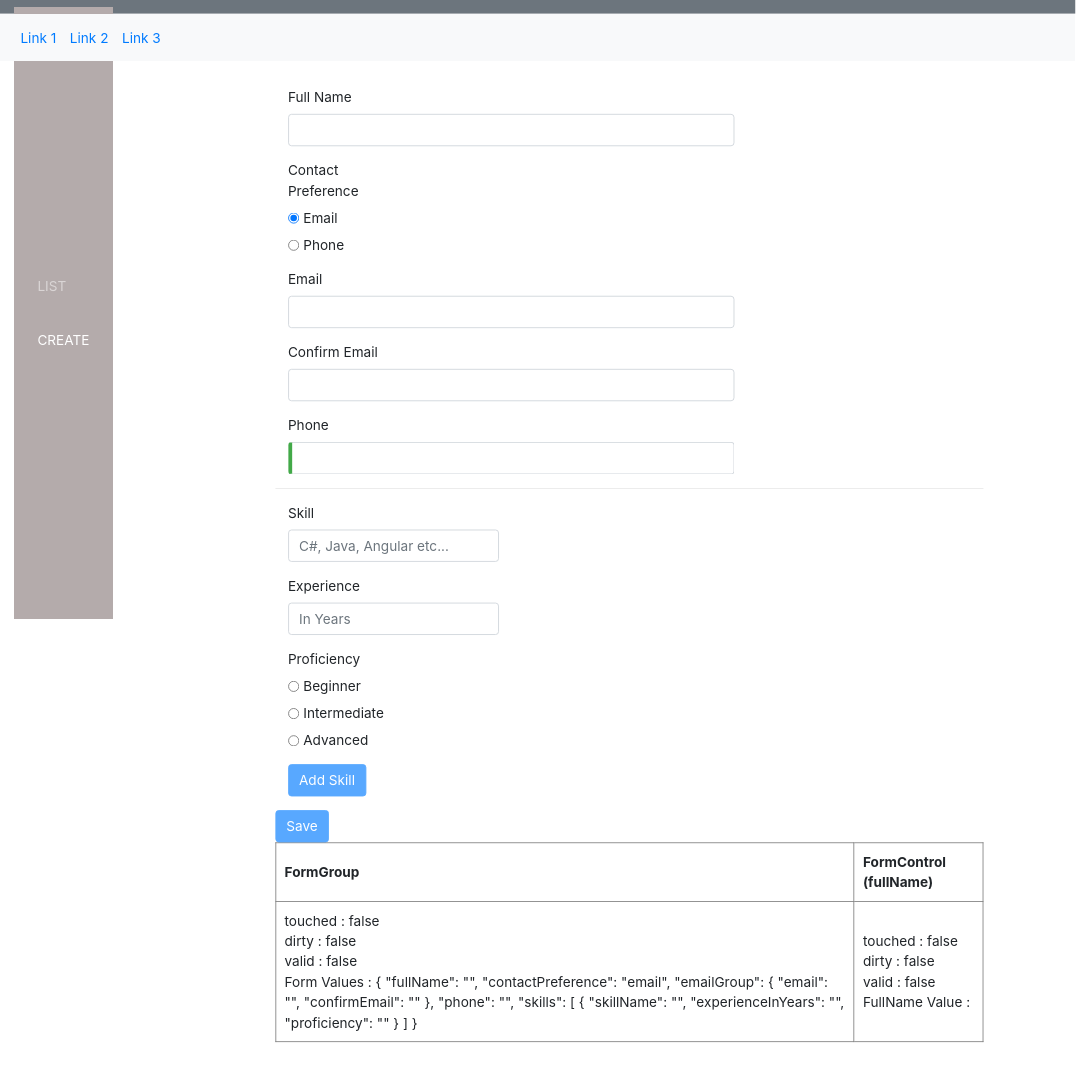
Repository: hanumanthnbalu/NG_FORMS
Page: /create-employees
An editor plug-in stored every save of this project. The page is shown before and after the next save, followed by the edit.
The browser window is 1280 px wide. The pictures show the whole page, at 85% of full size.
Some web libraries are served in a nearby version. The project was rebuilt for these pictures with package versions that can differ from the ones it lists, and the page was loaded fresh each time. Also part of the build but not shown: angular.json, src/app/not-found/not-found.component.ts, src/app/forms/list-employee/list-employee.component.ts.

Above is the page before, as saved 2019-09-25 22:09:36.

### src/index.html
<!doctype html>
<html lang="en">

<head>
  <meta charset="utf-8">
  <title>HNBALU</title>
  <base href="/">
  <link rel="stylesheet" href="https://maxcdn.bootstrapcdn.com/bootstrap/4.0.0/css/bootstrap.min.css"
    integrity="sha384-Gn5384xqQ1aoWXA+058RXPxPg6fy4IWvTNh0E263XmFcJlSAwiGgFAW/dAiS6JXm" crossorigin="anonymous">

  <meta name="viewport" content="width=device-width, initial-scale=1">
  <link rel="icon" type="image/x-icon" href="favicon.ico">
</head>

<body>
  <app-root></app-root>
  <script src="https://code.jquery.com/jquery-3.2.1.slim.min.js"
    integrity="sha384-KJ3o2DKtIkvYIK3UENzmM7KCkRr/rE9/Qpg6aAZGJwFDMVNA/GpGFF93hXpG5KkN"
    crossorigin="anonymous"></script>
  <script src="https://cdnjs.cloudflare.com/ajax/libs/popper.js/1.12.9/umd/popper.min.js"
    integrity="sha384-ApNbgh9B+Y1QKtv3Rn7W3mgPxhU9K/ScQsAP7hUibX39j7fakFPskvXusvfa0b4Q"
    crossorigin="anonymous"></script>
  <script src="https://maxcdn.bootstrapcdn.com/bootstrap/4.0.0/js/bootstrap.min.js"
    integrity="sha384-JZR6Spejh4U02d8jOt6vLEHfe/JQGiRRSQQxSfFWpi1MquVdAyjUar5+76PVCmYl"
    crossorigin="anonymous"></script>
</body>

</html>

### src/styles.scss
/* You can add global styles to this file, and also import other style files */
input.ng-valid {
	border-left: 5px solid #42a948;
}
.form-control:focus {
	outline: none;
	border-color: none;
	box-shadow: none;
}
.btn-primary.disabled,
.btn-primary:disabled {
	cursor: not-allowed;
}
.collapse:not(.show) {
	display: block !important;
}
input[type='radio'] {
	margin-right: 5px;
}
label {
	margin-bottom: .5rem;
	display: flex !important;
	flex-direction: row;
	align-items: center;
}
.primary:disabled {
	cursor: not-allowed;
}

### src/app/app.module.ts
import { BrowserModule } from '@angular/platform-browser';
import { NgModule, Component } from '@angular/core';
import { HttpClientModule } from '@angular/common/http';
import { AppRoutingModule } from './app-routing.module';


import { AppComponent } from './app.component';
import { NotFoundComponent } from './not-found/not-found.component';
import { HeaderComponent } from './header/header.component';
import { FormsModule, ReactiveFormsModule } from '@angular/forms';
import { ListEmployeeComponent } from './forms/list-employee/list-employee.component';
import { EmployeeService } from './forms/employee.service';
import { CreateEmployeeComponent } from './forms/create-employee/create-employeecomponent';

@NgModule({
	declarations: [
		AppComponent,
		HeaderComponent,
    NotFoundComponent,
    ListEmployeeComponent,
    CreateEmployeeComponent
	],
  imports: [ BrowserModule,
             FormsModule,
             HttpClientModule,
             AppRoutingModule,
             ReactiveFormsModule ],
	providers: [ EmployeeService ],
	bootstrap: [ AppComponent ]
})
export class AppModule {}

### src/app/app-routing.module.ts
import { RouterModule } from '@angular/router';
import { NgModule } from '@angular/core';

import { NotFoundComponent } from './not-found/not-found.component';
import { ListEmployeeComponent } from './forms/list-employee/list-employee.component';
import { CreateEmployeeComponent } from './forms/create-employee/create-employeecomponent';

const route = [
  { path: '', redirectTo: '/list-employees', pathMatch: 'full' },
  { path: 'list-employees', component: ListEmployeeComponent },
  { path: 'create-employees', component: CreateEmployeeComponent },
  { path: 'edit/:id', component: CreateEmployeeComponent },
	{ path: '**', component: NotFoundComponent }
];

@NgModule({
	imports: [ RouterModule.forRoot(route) ],
	exports: [ RouterModule ]
})
export class AppRoutingModule {}

### src/app/app.component.ts
import { Component ,OnInit} from '@angular/core';
@Component({
  selector: 'app-root',
  templateUrl: './app.component.html',
  styleUrls: ['./app.component.css']
})
export class AppComponent implements OnInit {
  title = 'app';
  constructor() {}
  ngOnInit() {
  }
}

### src/app/forms/employee.service.ts
import { Injectable } from '@angular/core';
import { IEmployee } from './IEmployee';
import { HttpClient, HttpErrorResponse, HttpHeaders } from '@angular/common/http';

import { Observable, throwError } from 'rxjs';
import { catchError } from 'rxjs/operators';

@Injectable()
export class EmployeeService {
    baseUrl = 'http://localhost:3000/employees';
    constructor(private httpClient: HttpClient) {
    }

    getEmployees(): Observable<IEmployee[]> {
        return this.httpClient.get<IEmployee[]>(this.baseUrl)
            .pipe(catchError(this.handleError));
    }

    private handleError(errorResponse: HttpErrorResponse) {
        if (errorResponse.error instanceof ErrorEvent) {
            console.error('Client Side Error :', errorResponse.error.message);
        } else {
            console.error('Server Side Error :', errorResponse);
        }
        return throwError('There is a problem with the service. We are notified & working on it. Please try again later.');
    }

    getEmployee(id: number): Observable<IEmployee> {
        return this.httpClient.get<IEmployee>(`${this.baseUrl}/${id}`)
            .pipe(catchError(this.handleError));
    }

    addEmployee(employee: IEmployee): Observable<IEmployee> {
        return this.httpClient.post<IEmployee>(this.baseUrl, employee, {
            headers: new HttpHeaders({
                'Content-Type': 'application/json'
            })
        })
        .pipe(catchError(this.handleError));
    }

    updateEmployee(employee: IEmployee): Observable<void> {
        return this.httpClient.put<void>(`${this.baseUrl}/${employee.id}`, employee, {
            headers: new HttpHeaders({
                'Content-Type': 'application/json'
            })
        })
            .pipe(catchError(this.handleError));
    }

    deleteEmployee(id: number): Observable<void> {
        return this.httpClient.delete<void>(`${this.baseUrl}/${id}`)
            .pipe(catchError(this.handleError));
    }
}

### src/app/forms/create-employee/create-employeecomponent.ts
import { FormGroup, FormBuilder, Validators, FormArray, FormControl, AbstractControl } from '@angular/forms';
import { Component, OnInit } from '@angular/core';
import { EmployeeService } from '../employee.service';
import { ActivatedRoute } from '@angular/router';
import { IEmployee } from '../IEmployee';
import { ISkill } from '../Iskill';

@Component({
  selector: 'app-create-employee',
  templateUrl: './create-employee.component.html',
  styleUrls: ['./create-employee.component.scss']
})
export class CreateEmployeeComponent implements OnInit {
  employeeForm: FormGroup;
  fullNameLength = 0;
  public imagePath;
  imgURL: any;
  public message: string;
  formErrors = {
    'fullName': '',
    'email': '',
    'confirmEmail': '',
    'phone': '',
    // 'skillName': '',
    // 'experienceInYears': '',
    // 'proficiency': ''
  };

  validationMessages = {
    'fullName': {
      'required': 'Full Name is required.',
      'minlength': 'Full Name must be greater than 2 characters.',
      'maxlength': 'Full Name must be less than 10 characters.'
    },
    'email': {
      'required': 'Email is required.',
      'emailDomain': 'Email domian should be hanumanthnbalu.com'
    },
    'confirmEmail': {
      'required': 'Confirm Email is required.'
    },
    'emailGroup': {
      'emailMismatch': 'Email and Confirm E-mail not matched.'
    },
    'phone': {
      'required': 'Phone number is required.'
    },
    // 'skillName': {
    //   'required': 'Skill Name is required.',
    // },
    // 'experienceInYears': {
    //   'required': 'Experience is required.',
    // },
    // 'proficiency': {
    //   'required': 'Proficiency is required.',
    // },
  };
  constructor(private fb: FormBuilder, private employeeService: EmployeeService, private router: ActivatedRoute) { }
  ngOnInit() {
    this.employeeForm = this.fb.group({
      fullName: ['', [Validators.required, Validators.minLength(2), Validators.maxLength(10)]],
      contactPreference: ['email'],
      emailGroup: this.fb.group({
        email: ['', [Validators.required]],
        confirmEmail: ['', [Validators.required]],
      }, { validator: matchEmails }),
      phone: [''],
      skills: this.fb.array([
        this.addSkillFormGroup()
      ]),
    });

    this.employeeForm.valueChanges.subscribe((data) => {
      this.logValidationErrors(this.employeeForm);
    });

    this.employeeForm.get('contactPreference').valueChanges.subscribe((data: string) => {
      this.onContactPrefernceChange(data);
    });
    this.router.paramMap.subscribe(params => {
      const empId = +params.get('id');
      if (empId) {
        this.getEmployee(empId);
      }
    });
  }

  getEmployee(id: number) {
    this.employeeService.getEmployee(id)
      .subscribe(
        (employee: IEmployee) => this.editEmployee(employee),
        (err: any) => console.log(err)
      );
  }

  editEmployee(employee: IEmployee) {
    this.employeeForm.patchValue({
      fullName: employee.fullName,
      contactPreference: employee.contactPreference,
      emailGroup: {
        email: employee.email,
        confirmEmail: employee.email
      },
      phone: employee.phone
    });
    this.employeeForm.setControl('skills', this.setExistingSkills(employee.skills));
  }
  setExistingSkills(skillSets: ISkill[]): FormArray {
    const formArray = new FormArray([]);
    skillSets.forEach(s => {
      formArray.push(this.fb.group({
        skillName: s.skillName,
        experienceInYears: s.experienceInYears,
        proficiency: s.proficiency
      }));
    });

    return formArray;
  }
  addSkillButtonClick(): void {
    (<FormArray>this.employeeForm.get('skills')).push(this.addSkillFormGroup());
  }

  logValidationErrors(group: FormGroup = this.employeeForm): void {
    Object.keys(group.controls).forEach((key: string) => {
      const abstractControl = group.get(key);
      this.formErrors[key] = '';
      if (abstractControl && !abstractControl.valid
        && (abstractControl.touched || abstractControl.dirty || abstractControl.value !== '')) {
        const messages = this.validationMessages[key];
        for (const errorKey in abstractControl.errors) {
          if (errorKey) {
            this.formErrors[key] += messages[errorKey] + ' ';
          }
        }
      }

      if (abstractControl instanceof FormGroup) {
        this.logValidationErrors(abstractControl);
      }
      // if (abstractControl instanceof FormArray) {
      //   for (const control of abstractControl.controls ) {
      //     if (control instanceof FormGroup) {
      //       this.logValidationErrors(control);
      //     }
      //   }
      // }
    });
  }

  preview(files: any) {
    if (files.length === 0) { return; }
    const mimeType = files[0].type;
    if (mimeType.match(/image\/*/) == null) {
      this.message = 'Only images are supported.';
      return;
    }
    const reader = new FileReader();
    this.imagePath = files;
    reader.readAsDataURL(files[0]);
    reader.onload = (_event) => {
      this.imgURL = reader.result;
    };
  }
  onContactPrefernceChange(selectedValue: string) {
    const phoneFormControl = this.employeeForm.get('phone');
    if (selectedValue === 'phone') {
      phoneFormControl.setValidators(Validators.required);
    } else {
      phoneFormControl.clearValidators();
    }
    phoneFormControl.updateValueAndValidity();
  }


  // onLoadDataClick(): void {
  //   const formArray = new FormArray([
  //     new FormControl('HNB', Validators.required),
  //     new FormGroup({
  //       country: new FormControl('', Validators.required)}),
  //       new FormArray([])
  //   ]);

  //   const formArray1 = this.fb.array([
  //     new FormControl('HNB', Validators.required),
  //     new FormControl('IT', Validators.required),
  //     new FormControl('Male', Validators.required),
  //   ]);

  //   const formGroup = this.fb.group([
  //     new FormControl('HNB', Validators.required),
  //     new FormControl('IT', Validators.required),
  //     new FormControl('Male', Validators.required),
  //   ]);
  //   formArray1.push(new FormControl('HANU', Validators.required));
  //   console.log(formArray1.at(3).value);
  //   console.log(formGroup);
  //   console.log(formArray);
  // }

  addSkillFormGroup(): FormGroup {
    return this.fb.group({
      skillName: ['', Validators.required],
      experienceInYears: ['', Validators.required],
      proficiency: ['', Validators.required]
    });
  }

  removeSkills(skillGroupIndex: number): void {
    const skillFormArray = (<FormArray>this.employeeForm.get('skills'));
    skillFormArray.removeAt(skillGroupIndex);
    skillFormArray.markAsDirty();
    skillFormArray.markAsTouched();
  }

  onSubmit() {
    console.log(this.employeeForm);
  }

}

function matchEmails(group: AbstractControl): { [key: string]: any } | null {
  const emailControl = group.get('email');
  const confirmEmailControl = group.get('confirmEmail');

  if (emailControl.value === confirmEmailControl.value || confirmEmailControl.pristine) {
    return null;
  } else {
    return { 'emailMismatch': true };
  }
}

### src/app/app.component.html
<div class="container-fluid" style="padding-left: 0px">
  <app-header></app-header>
  <div class="row">
    <div class="col-md-3 col-xs-12">
    </div>
    <div class="col-md-8 col-xs-12 top-30">
      <router-outlet></router-outlet>
    </div>
  </div>
</div>

### src/app/app.component.css
.top-30 {
	margin-top: 30px;
}

### src/app/header/header.component.html
<nav class="navbar navbar-expand-lg navbar-dark bg-secondary">
  <div class="collapse navbar-collapse" id="navbarSupportedContent">
    <ul class="navbar-nav mr-auto list-unstyled">
      <li class="nav-item">
        <a class="nav-link" routerLinkActive="active" routerLink="list-employees">LIST</a>
      </li><br>
      <li class="nav-item">
        <a class="nav-link" routerLinkActive="active" routerLink="create-employees">CREATE</a>
      </li>
    </ul>
  </div>
</nav>
<nav class="navbar navbar-expand-sm bg-light">

  <!-- Links -->
  <ul class="navbar-nav">
    <li class="nav-item">
      <a class="nav-link" href="#">Link 1</a>
    </li>
    <li class="nav-item">
      <a class="nav-link" href="#">Link 2</a>
    </li>
    <li class="nav-item">
      <a class="nav-link" href="#">Link 3</a>
    </li>
  </ul>

</nav>

### src/app/header/header.component.scss
ul.navbar-nav.mr-auto.list-unstyled {
	display: flex;
	flex-direction: column;
	height: 100vh;
	justify-content: center;
	background: #b4abab;
	padding: 20px;
}
ul.navbar-nav.mr-auto.list-unstyled {
	position: fixed;
}

### src/app/forms/create-employee/create-employee.component.html
<form class="form-horizontal" [formGroup]="employeeForm" (ngSubmit)="onSubmit()">
  <div class="well">

    <div class="form-group" [ngClass]="{'has-error': formErrors.fullName}">
      <label class="col-sm-2 control-label" for="fullName">Full Name</label>
      <div class="col-sm-8">
        <input id="fullName" type="text" class="form-control" formControlName="fullName" (blur)="logValidationErrors()">
        <span class="help-block" *ngIf="formErrors.fullName">
          {{formErrors.fullName}}
        </span>
      </div>
    </div>

    <div class="form-group">
      <label class="col-md-2 control-label">Contact Preference</label>
      <div class="col-md-8">
        <div><label class="radio-inline">
            <input type="radio" value="email" formControlName="contactPreference"
              (click)="onContactPrefernceChange('email')">Email
          </label>
        </div>
        <div><label class="radio-inline">
            <input type="radio" value="phone" formControlName="contactPreference"
              (click)="onContactPrefernceChange('phone')">Phone
          </label>
        </div>
      </div>
    </div>

    <!-- Email input element -->
    <div formGroupName="emailGroup">
      <div class="form-group" [ngClass]="{'has-error': formErrors.email}">
        <label class="col-sm-2 control-label" for="email">Email</label>
        <div class="col-sm-8">
          <input id="email" type="text" class="form-control" formControlName="email" (blur)="logValidationErrors()">
          <span class="help-block" *ngIf="formErrors.email">
            {{formErrors.email}}
          </span>
        </div>
      </div>

      <div class="form-group" [ngClass]="{'has-error': formErrors.confirmEmail || formErrors.emailGroup}">
        <label class="col-sm-2 control-label" for="confirmEmail">
          Confirm Email
        </label>
        <div class="col-sm-8">
          <input id="confirmEmail" type="text" class="form-control" formControlName="confirmEmail"
            (blur)="logValidationErrors()">
          <span class="help-block" *ngIf="formErrors.confirmEmail || formErrors.emailGroup">
            {{formErrors.confirmEmail ? formErrors.confirmEmail : formErrors.emailGroup}}
          </span>
        </div>
      </div>
    </div>

    <!-- Phone input element -->
    <div class="form-group" [ngClass]="{'has-error': formErrors.phone}">
      <label class="col-sm-2 control-label" for="email">Phone</label>
      <div class="col-sm-8">
        <input id="phone" type="text" class="form-control" formControlName="phone" (blur)="logValidationErrors()">
        <span class="help-block" *ngIf="formErrors.phone">
          {{formErrors.phone}}
        </span>
      </div>
    </div>
    <hr>
    <div formArrayName="skills" class="" *ngFor="let skill of employeeForm.get('skills').controls; let i = index">
      <hr *ngIf="i>0">
      <div [formGroupName]="i">
        <div class="form-group"
          [ngClass]="{'has-error': skill.get('skillName').invalis && skill.get('skillName').touched}">
          <label class="col-sm-2 control-label" [attr.for]="'skillName'+i">
            Skill
          </label>
          <div class="col-sm-4">
            <input type="text" class="form-control" [id]="'skillName'+i" formControlName="skillName"
              placeholder="C#, Java, Angular etc...">
            <span class="text-danger" *ngIf="skill.get('skillName').errors?.required && skill.get('skillName').touched">
              SkillName is required.
            </span>
          </div>
          <div class="col-md-6" *ngIf="employeeForm.get('skills').length > 1">
            <button class="btn btn-danger btn-sm pull-right" (click)="removeSkills(i)">
              <span title="Delete skill" class="glyphicon glyphicon-remove"></span>
            </button>
          </div>
        </div>

        <div class="form-group"
          [ngClass]="{'has-error': skill.get('experienceInYears').invalis && skill.get('experienceInYears').touched}">
          <label class="col-sm-2 control-label" [attr.for]="'experienceInYears'+i">
            Experience
          </label>
          <div class="col-sm-4">
            <input type="text" class="form-control" [id]="'experienceInYears'+i" formControlName="experienceInYears"
              placeholder="In Years">
            <span class="text-danger"
              *ngIf="skill.get('experienceInYears').errors?.required && skill.get('experienceInYears').touched">
              Experience Years is required.
            </span>
          </div>
        </div>

        <div class="form-group"
          [ngClass]="{'has-error': skill.get('proficiency').invalis && skill.get('proficiency').touched}">
          <label class="col-md-2 control-label">Proficiency</label>
          <div class="col-md-8">
            <div>
              <label class="radio-inline">
                <input type="radio" value="beginner" formControlName="proficiency">Beginner
              </label>
            </div>
            <div>
              <label class="radio-inline">
                <input type="radio" value="intermediate" formControlName="proficiency">Intermediate
              </label>
            </div>
            <div>
              <label class="radio-inline">
                <input type="radio" value="advanced" formControlName="proficiency">Advanced
              </label>
            </div>
            <span class="text-danger"
              *ngIf="skill.get('proficiency').errors?.required && skill.get('proficiency').touched">
              Proficiency is required
            </span>
          </div>
        </div>
      </div>
    </div>

    <div class="form-group">
      <div class="col-md-4">
        <button type="button" [disabled]="employeeForm.get('skills').invalid" class="btn btn-primary"
          (click)="addSkillButtonClick()">
          Add Skill
        </button>
      </div>
    </div>

    <div class="panel-footer">
      <div class="btn-toolbar">
        <button class="btn btn-primary" [disabled]="employeeForm.invalid" type="submit">Save</button>
        <!-- <button class="btn btn-primary" type="button" (click)="onLoadDataClick()">Load Data</button> -->
      </div>
    </div>
  </div>
</form>


<table border="1" style="margin-bottom: 50px;">
  <tr>
    <th style="padding: 10px">FormGroup</th>
    <th style="padding: 10px">FormControl (fullName)</th>
  </tr>
  <tr>
    <td style="padding: 10px">
      touched : {{ employeeForm.touched }}
      <br /> dirty : {{ employeeForm.dirty }}
      <br /> valid : {{ employeeForm.valid }}
      <br /> Form Values : {{employeeForm.value | json}}
    </td>
    <td style="padding: 10px">
      touched : {{ employeeForm.get('fullName').touched }}
      <br /> dirty : {{ employeeForm.get('fullName').dirty }}
      <br /> valid : {{ employeeForm.get('fullName').valid }}
      <br /> FullName Value : {{employeeForm.get('fullName').value}}
    </td>
  </tr>
</table>

Loaded but not shown: src/main.ts (common file); src/environments/environment.ts (common file); src/app/header/header.component.ts (common file)

After the next save:
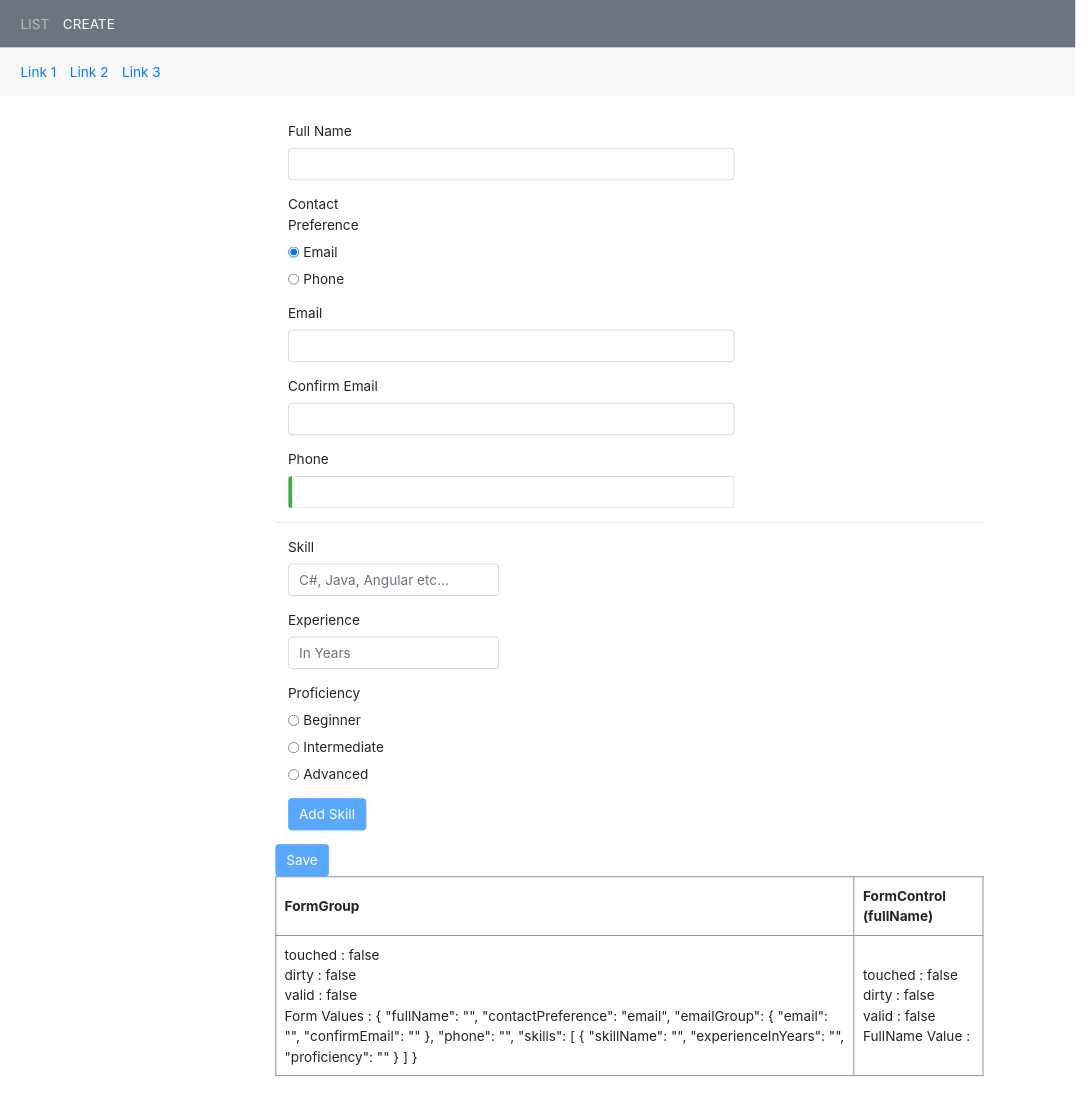
Saved 21 s later.
--- a/src/app/header/header.component.scss
+++ b/src/app/header/header.component.scss
@@ -1,11 +1,11 @@
-ul.navbar-nav.mr-auto.list-unstyled {
-	display: flex;
-	flex-direction: column;
-	height: 100vh;
-	justify-content: center;
-	background: #b4abab;
-	padding: 20px;
-}
-ul.navbar-nav.mr-auto.list-unstyled {
-	position: fixed;
-}
+// ul.navbar-nav.mr-auto.list-unstyled {
+// 	display: flex;
+// 	flex-direction: column;
+// 	height: 100vh;
+// 	justify-content: center;
+// 	background: #b4abab;
+// 	padding: 20px;
+// }
+// ul.navbar-nav.mr-auto.list-unstyled {
+// 	position: fixed;
+// }
